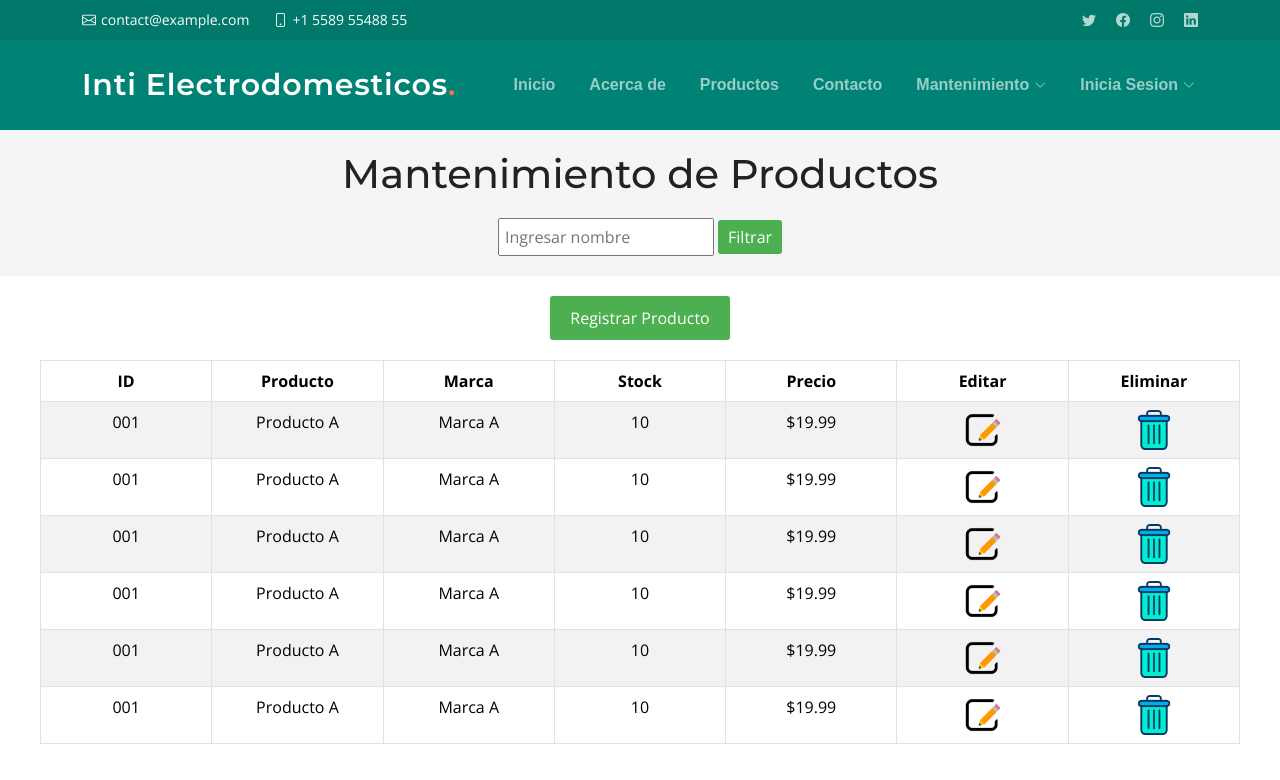
Repository: JReynaldoDelRio/DAWI---IntiElectrdomesticos
Page: http://localhost/mantenimientoProducto
These files come from the project's save history. The page is drawn as it stood at one moment and after a run of saves; the edit follows.
The browser window is 1280 px wide. The pictures show the whole page.
Some web fonts or font styles are not loaded; a fallback is used. Some web libraries are served in a nearby version. The page is this project's Thymeleaf template; nobody is signed in. The template is opened directly, without the code that normally fills it, so the values that code supplies are empty.

Above is the page before, as saved 2023-06-07 17:22:45.

### IntiElectrodomesticos/src/main/resources/templates/mantenimientoProducto.html
<!DOCTYPE html>
<html>
<head>
<meta charset="ISO-8859-1">
  <meta charset="utf-8">
  <meta content="width=device-width, initial-scale=1.0" name="viewport">

<link rel="stylesheet" href="css/producto.css">

  <link href="assets/img/favicon.png" rel="icon">
  <link href="assets/img/apple-touch-icon.png" rel="apple-touch-icon">

  <link rel="preconnect" href="https://fonts.googleapis.com">
  <link rel="preconnect" href="https://fonts.gstatic.com" crossorigin>
  <link href="https://fonts.googleapis.com/css2?family=Open+Sans:ital,wght@0,300;0,400;0,500;0,600;0,700;1,300;1,400;1,600;1,700&family=Montserrat:ital,wght@0,300;0,400;0,500;0,600;0,700;1,300;1,400;1,500;1,600;1,700&family=Raleway:ital,wght@0,300;0,400;0,500;0,600;0,700;1,300;1,400;1,500;1,600;1,700&display=swap" rel="stylesheet">

  <link href="assets/vendor/bootstrap/css/bootstrap.min.css" rel="stylesheet">
  <link href="assets/vendor/bootstrap-icons/bootstrap-icons.css" rel="stylesheet">
  <link href="assets/vendor/aos/aos.css" rel="stylesheet">
  <link href="assets/vendor/glightbox/css/glightbox.min.css" rel="stylesheet">
  <link href="assets/vendor/swiper/swiper-bundle.min.css" rel="stylesheet">
  <link rel="stylesheet" href="https://cdn.jsdelivr.net/npm/bootstrap@5.7.1/dist/css/bootstrap.min.css">


  <link href="assets/css/main.css" rel="stylesheet">

<title>Mantenimiento Producto</title>
</head>
<body>

<section id="topbar" class="topbar d-flex align-items-center">
    <div class="container d-flex justify-content-center justify-content-md-between">
      <div class="contact-info d-flex align-items-center">
        <i class="bi bi-envelope d-flex align-items-center"><a href="mailto:contact@example.com">contact@example.com</a></i>
        <i class="bi bi-phone d-flex align-items-center ms-4"><span>+1 5589 55488 55</span></i>
      </div>
      <div class="social-links d-none d-md-flex align-items-center">
        <a href="#" class="twitter"><i class="bi bi-twitter"></i></a>
        <a href="#" class="facebook"><i class="bi bi-facebook"></i></a>
        <a href="#" class="instagram"><i class="bi bi-instagram"></i></a>
        <a href="#" class="linkedin"><i class="bi bi-linkedin"></i></i></a>
      </div>
    </div>
  </section>

  <header id="header" class="header d-flex align-items-center">

    <div class="container-fluid container-xl d-flex align-items-center justify-content-between">
      <a href="index.html" class="logo d-flex align-items-center">

        <!-- <img src="assets/img/logo.png" alt=""> -->
        <h1>Inti Electrodomesticos<span>.</span></h1>
      </a>
      <nav id="navbar" class="navbar">
        <ul>
          <li><a href="/inicio">Inicio</a></li>
          <li><a href="#about">Acerca de </a></li>

          <li><a href="#portfolio">Productos</a></li>



          <li><a href="#contact">Contacto</a></li>
          <li class="dropdown"><a href="#"><span>Mantenimiento</span> <i class="bi bi-chevron-down dropdown-indicator"></i></a>
            <ul>

              <li class="dropdown"><a href="/mantenimientoProducto"><span>Productos</span> <i class="bi bi-chevron-down dropdown-indicator"></i></a>
              </li>
              <li class="dropdown"><a href="#"><span>Cliente</span> <i class="bi bi-chevron-down dropdown-indicator"></i></a>
                <ul>
                  <li><a href="#">Listar</a></li>
                  <li><a href="#">Agregar</a></li>
                  <li><a href="#">Eliminar</a></li>
                  <li><a href="#">Actualizar</a></li>
                </ul>
              </li>
              <li class="dropdown"><a href="#"><span>Proveedor</span> <i class="bi bi-chevron-down dropdown-indicator"></i></a>
                <ul>
                  <li><a href="#">Listar</a></li>
                  <li><a href="#">Agregar</a></li>
                  <li><a href="#">Eliminar</a></li>
                  <li><a href="#">Actualizar</a></li>
                </ul>
              </li>
              <li class="dropdown"><a href="#"><span>Factura</span> <i class="bi bi-chevron-down dropdown-indicator"></i></a>
                <ul>
                  <li><a href="#">Listar</a></li>
                  <li><a href="#">Agregar</a></li>
                  <li><a href="#">Eliminar</a></li>
                  <li><a href="#">Actualizar</a></li>
                </ul>
              </li>


            </ul>
          </li>
          <li class="dropdown"><a href="#"><span>Inicia Sesion</span> <i class="bi bi-chevron-down dropdown-indicator"></i></a>
            <ul>

              <li class="dropdown"><a href="#"><span>Ingresar</span> </a>

              </li>
              <li class="dropdown"><a href="#"><span>Registrar</span> </a>

              </li>

            </ul>
          </li>

        </ul>
      </nav>

      <i class="mobile-nav-toggle mobile-nav-show bi bi-list"></i>
      <i class="mobile-nav-toggle mobile-nav-hide d-none bi bi-x"></i>

    </div>
  </header>
 <header>
        <h1>Mantenimiento de Productos</h1>
        <div class="filter-form">
          <input type="text" placeholder="Ingresar nombre">
          <button>Filtrar</button>
        </div>
      </header>
      <main>
        <button class="register-button" onclick="openDialog()">Registrar Producto</button>
        <table class="table table-bordered table-striped text-center">
          <thead>
            <tr>
              <th>ID</th>
              <th>Producto</th>
              <th>Marca</th>
              <th>Stock</th>
              <th>Precio</th>
              <th>Editar</th>
              <th>Eliminar</th>
            </tr>
          </thead>
          <tbody>
            <tr>
              <td>001</td>
              <td>Producto A</td>
              <td>Marca A</td>
              <td>10</td>
              <td>$19.99</td>
              <td><img src="img/editar.png" alt="Editar"></td>
              <td><img src="img/eliminar.png" alt="Editar"></td>
            </tr>
            <!-- Más filas de la tabla aquí -->
            <tr>
                <td>001</td>
                <td>Producto A</td>
                <td>Marca A</td>
                <td>10</td>
                <td>$19.99</td>
                <td><img src="img/editar.png" alt="Editar"></td>
                <td><img src="img/eliminar.png" alt="Editar"></td>
              </tr>
              <tr>
                <td>001</td>
                <td>Producto A</td>
                <td>Marca A</td>
                <td>10</td>
                <td>$19.99</td>
                <td><img src="img/editar.png" alt="Editar"></td>
                <td><img src="img/eliminar.png" alt="Editar"></td>
              </tr>
              <tr>
                <td>001</td>
                <td>Producto A</td>
                <td>Marca A</td>
                <td>10</td>
                <td>$19.99</td>
                <td><img src="img/editar.png" alt="Editar"></td>
                <td><img src="img/eliminar.png" alt="Editar"></td>
              </tr>
              <tr>
                <td>001</td>
                <td>Producto A</td>
                <td>Marca A</td>
                <td>10</td>
                <td>$19.99</td>
                <td><img src="img/editar.png" alt="Editar"></td>
                <td><img src="img/eliminar.png" alt="Editar"></td>
              </tr>
              <tr>
                <td>001</td>
                <td>Producto A</td>
                <td>Marca A</td>
                <td>10</td>
                <td>$19.99</td>
                <td><img src="img/editar.png" alt="Editar"></td>
                <td><img src="img/eliminar.png" alt="Editar"></td>
              </tr>
          </tbody>
        </table>
      </main>

    <dialog id="register-dialog" >
        <h2>Registro de Producto</h2>
        <form>
          <label for="name">Nombre:</label>
          <select id="name">
            <option value="producto1">Producto 1</option>
            <option value="producto2">Producto 2</option>
            <option value="producto3">Producto 3</option>
          </select>

          <label for="brand">Marca:</label>
          <select id="brand">
            <option value="marca1">Marca 1</option>
            <option value="marca2">Marca 2</option>
            <option value="marca3">Marca 3</option>
          </select>

          <label for="stock">Stock:</label>
          <input type="number" id="stock">

          <label for="price">Precio:</label>
          <input type="number" step="0.01" id="price">

          <button type="button" onclick="registerProduct()">Registrar</button>
          <button type="button" onclick="closeDialog()">Cancelar</button>
        </form>
      </dialog>
      <script src="js/producto.js"></script>
</body>
</html>

### IntiElectrodomesticos/src/main/resources/static/css/producto.css
body {
	font-family: Arial, sans-serif;
	margin: 0;
	padding: 0;
}

header {
	background-color: #f5f5f5;
	padding: 20px;
}

h1 {
	text-align: center;
	margin-top: 0;
}

.filter-form {
	text-align: center;
	margin-top: 20px;
}

.filter-form input[type="text"] {
	padding: 5px;
}

.filter-form button {
	padding: 5px 10px;
	background-color: #4CAF50;
	color: white;
	border: none;
	border-radius: 3px;
	cursor: pointer;
}

main {
	padding: 20px;
	display: flex;
	flex-direction: column;
	align-items: center;
}

.register-button {
	padding: 10px 20px;
	background-color: #4CAF50;
	color: white;
	border: none;
	border-radius: 3px;
	cursor: pointer;
	margin-bottom: 20px;
}

table {
	margin: 0 auto; /* Centrar la tabla horizontalmente */
	max-width: 1200px; /* Ancho máximo de la tabla */
	width: 100%;
	table-layout: fixed; /* Fijar el ancho de las columnas */
}

th, td {
	padding: 10px;
	text-align: center;
	border-bottom: 1px solid #ddd;
}

th {
	background-color: #f5f5f5;
}

tbody tr:hover {
	background-color: #f9f9f9;
}

th:nth-child(1), td:nth-child(1), th:nth-child(2), td:nth-child(2), th:nth-child(3),
	td:nth-child(3), th:nth-child(4), td:nth-child(4), th:nth-child(5), td:nth-child(5),
	th:nth-child(6), td:nth-child(6), th:nth-child(7), td:nth-child(7) {
	width: 38.28%; /* Tamaño de cada columna (100% / 7) */
}

img {
	width: 40px;
	height: 40px;
}

dialog {
	border: none;
	padding: 20px;
	width: 400px;
	background-color: #f5f5f5;
	position: fixed;
	top: 50%;
	left: 30%;
	transform: translate(-50%, -50%);
}

dialog h2 {
	margin-top: 0;
	font-size: 24px;
	color: #4CAF50;
	border-bottom: 2px solid #4CAF50;
	text-align: center;
	padding-bottom: 10px;
}

dialog form {
	display: flex;
	flex-direction: column;
}

dialog label {
	margin-bottom: 5px;
}

dialog input, dialog select {
	margin-bottom: 10px;
	padding: 5px;
}

dialog button {
	padding: 5px 10px;
	background-color: #4CAF50;
	color: white;
	border: none;
	border-radius: 3px;
	cursor: pointer;
	margin-top: 10px;
}

Loaded but not shown: IntiElectrodomesticos/src/main/resources/static/js/producto.js (20 lines, source omitted); IntiElectrodomesticos/src/main/resources/static/assets/css/main.css (2669 lines, source omitted)

After the next 2 saves:
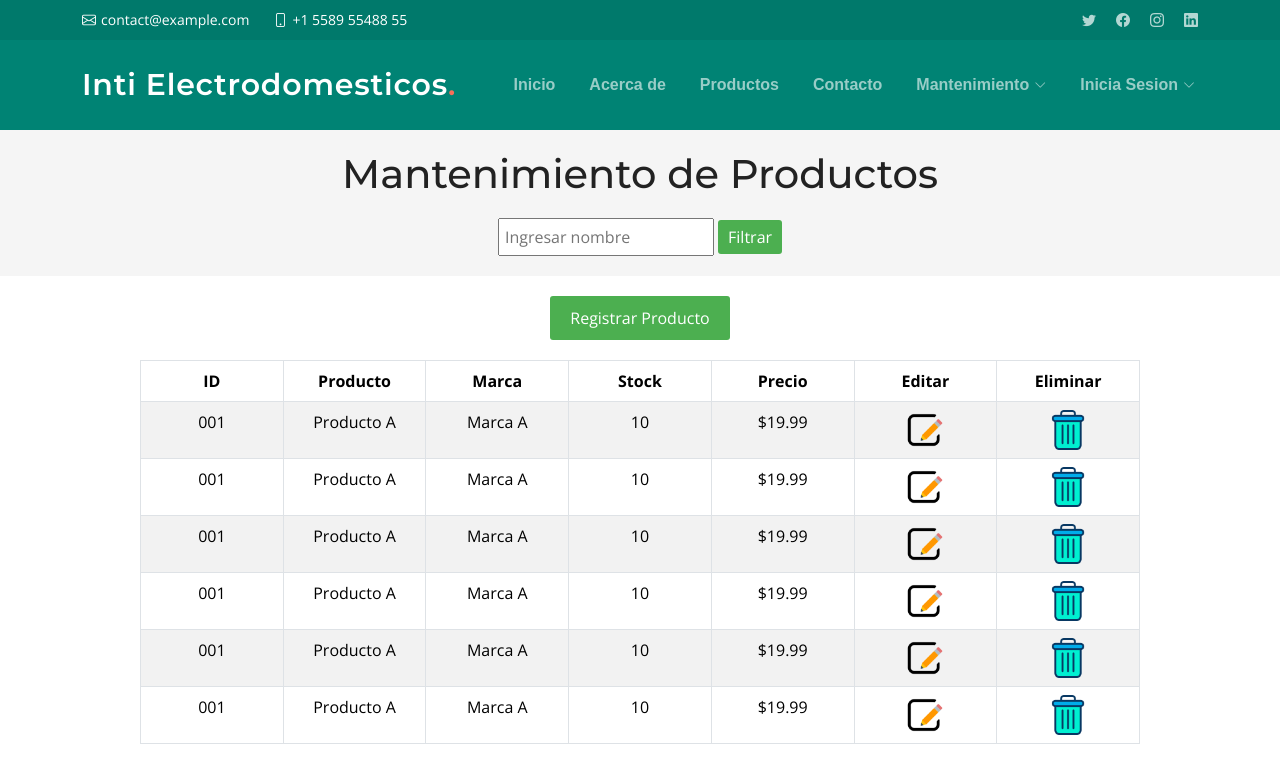
The 2 saves are shown as one change because they came seconds apart.
The last was saved 20 s later.
--- a/IntiElectrodomesticos/src/main/resources/static/css/producto.css
+++ b/IntiElectrodomesticos/src/main/resources/static/css/producto.css
@@ -51,7 +51,7 @@ main {
 
 table {
 	margin: 0 auto; /* Centrar la tabla horizontalmente */
-	max-width: 1200px; /* Ancho máximo de la tabla */
+	max-width: 1000px; /* Ancho máximo de la tabla */
 	width: 100%;
 	table-layout: fixed; /* Fijar el ancho de las columnas */
 }
